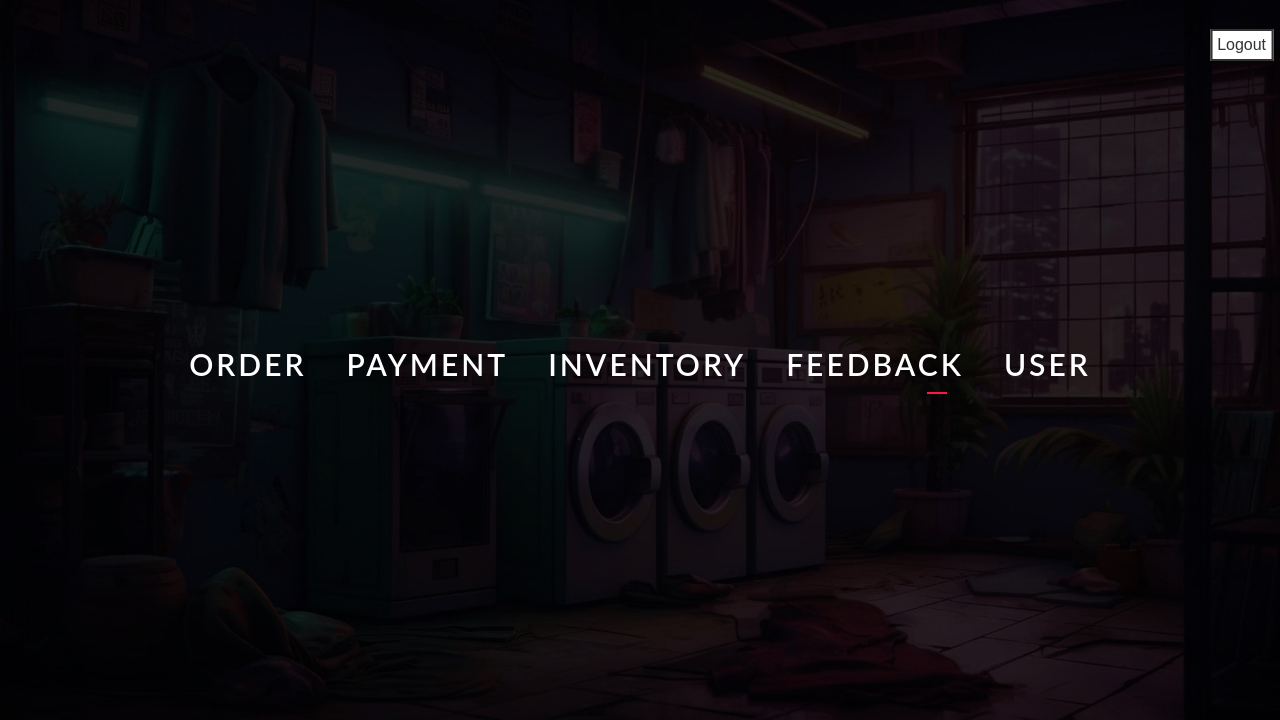
Repository: ARjayawickrama/laundry_management_system-Java
Page: http://localhost/laundry/homepage.jsp
These files come from the project's save history. The page is drawn as it stood at one moment and after the next save; the edit follows.
The browser window is 1280 px wide. The pictures show the whole page.
The page is served by Tomcat 9. Other server files are loaded and not shown.

Above is the page before, as saved 2024-04-21 17:12:56.

### Laundry_OOP/laundry/src/main/webapp/homepage.jsp
<%
    // Get the username parameter from the request
    String username = request.getParameter("username");
%>
<!DOCTYPE html>
<html lang="en">
<head>
    <meta charset="UTF-8">
    <meta name="viewport" content="width=device-width, initial-scale=1.0">
    <title>Document</title>
    <style>
        * {
            box-sizing: border-box;
            margin: 0;
            padding: 0;
        }

        body {
            background: #1A1E23 url('images/hom20.jpg') no-repeat center center fixed;

            background-size: cover; /* Adjust background size here */
            font-family: 'Lato', sans-serif;
            -webkit-font-smoothing: antialiased;
            padding-top: 20px; /* Add padding to push down the content */
        }

        .logout {
            position: absolute;
            top: 10px;
            left: 10px;
            color: white;
            text-decoration: none;
            font-weight: bold;
            padding: 5px 10px;
            background-color: rgba(0, 0, 0, 0.5);
            border-radius: 5px;
        }

        nav {
            position: relative;
            padding-bottom: 12px;
        }

        nav .line {
            height: 2px;
            position: absolute;
            bottom: 0;
            margin: 10px 0 0 0;
            background: #FF1847;
            transition: width 0.3s ease, left 0.3s ease;
        }

        nav ul {
            padding: 0;
            margin: 0;
            list-style: none;
            display: flex;
            color: #ffffff;
        }

        nav ul li {
            margin: 0 40px 0 0;

        }




        nav ul li:last-child {
            margin-right: 0;

        }

        nav ul li a {
            text-decoration: none;
            color: white;

            display: block;
            font-weight: 600;
            letter-spacing: 0.1em;
            font-size: 30px;
        }

        /* Center */
        body {
            display: flex;
            justify-content: center;
            align-items: center;
            min-height: 100vh;
        }

        div {
            width: 20px;
            height: 100px;
            position: relative;
            animation: mymove 10s infinite;
            color: #F9F9F9;
        }

        @keyframes mymove {
            from {left: 0px;}
            to {left: 920px;}
        }

        nav ul li a:hover {
            opacity: 0.9;
              color: aqua;
  box-shadow: rgb(251, 207, 250) 0px 100px 200px -1px;

        }
            h2 {

           text-decoration-color: red;

            position: absolute;
            left: 50%;
            transform: translateX(-50%);
            color: #F9F9F9;
            top:50px;

        }

  .button {
            position: absolute;
            top: 5%;
            left: 85%; /* Adjust as needed */
        }
   .butone{
 position: absolute;
    left: 97%;
    transform: translateX(-50%);
    top: 4%;
    background-color: white;
    padding: 5px 5px;
    border: 2px solid #333;
    color: #333;
    text-decoration: none;
    font-family: Arial, sans-serif;
    font-size: 16px;
    cursor: pointer;
}


@keyframes fadeIn {
    from {
        opacity: 0;
    }
    to {
        opacity: 40;
    }
}


h2{
    animation: fadeIn 1s ease-in-out;
}

    </style>
</head>
<body>





    <a href="LogoutServlet" class="butone">Logout</a>
<nav>
    <ul>
        <li class="active"><a href="AddOrder.jsp">ORDER</a></li>
        <li><a href="payment.jsp">PAYMENT</a></li>
        <li><a href="inventory.jsp">INVENTORY</a></li>
        <li><a href="feedback.jsp">FEEDBACK</a></li>
        <% if(session.getAttribute("username") == null){ %>

        <% } %>
        <li><a href="viewepro">USER</a></li>
    </ul>
    <div class="line"></div>
</nav>




</body>
</html>

After the next save:
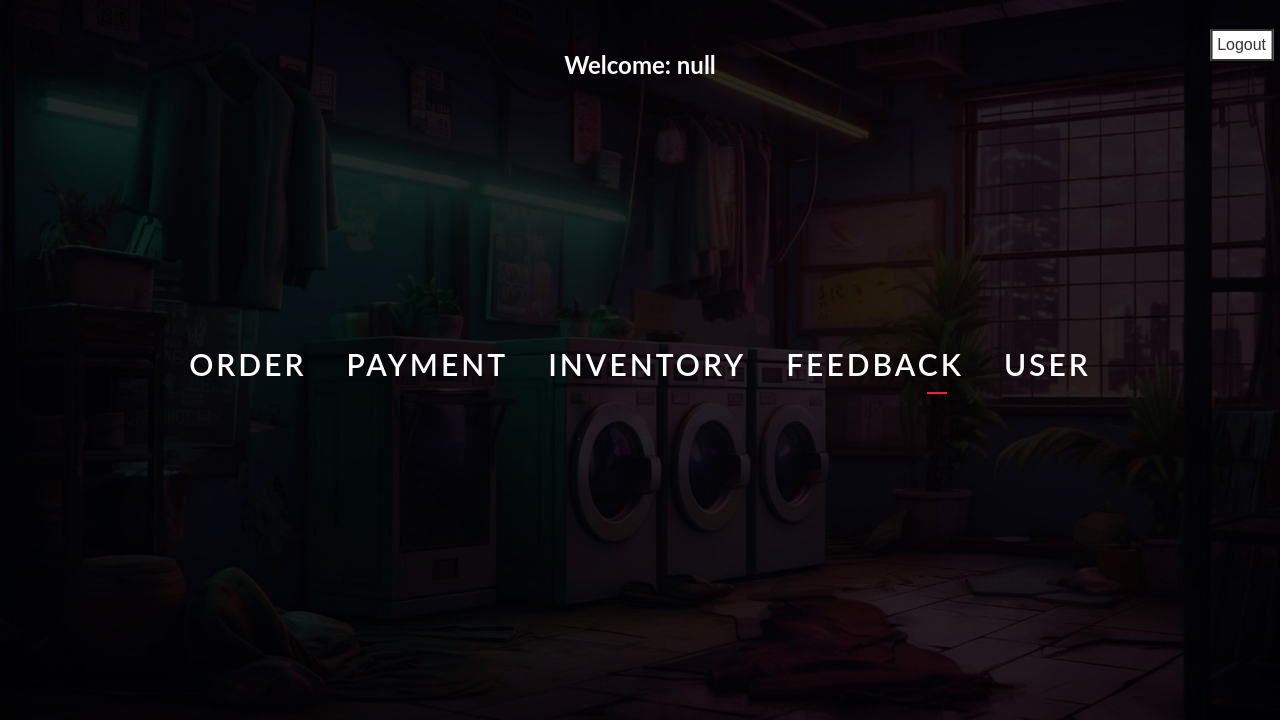
Saved 2 min 58 s later.
--- a/Laundry_OOP/laundry/src/main/webapp/homepage.jsp
+++ b/Laundry_OOP/laundry/src/main/webapp/homepage.jsp
@@ -162,6 +162,7 @@ h2{
 
 
 
+<h2>Welcome: <%= request.getParameter("username") %></h2>
 
     <a href="LogoutServlet" class="butone">Logout</a>
 <nav>
